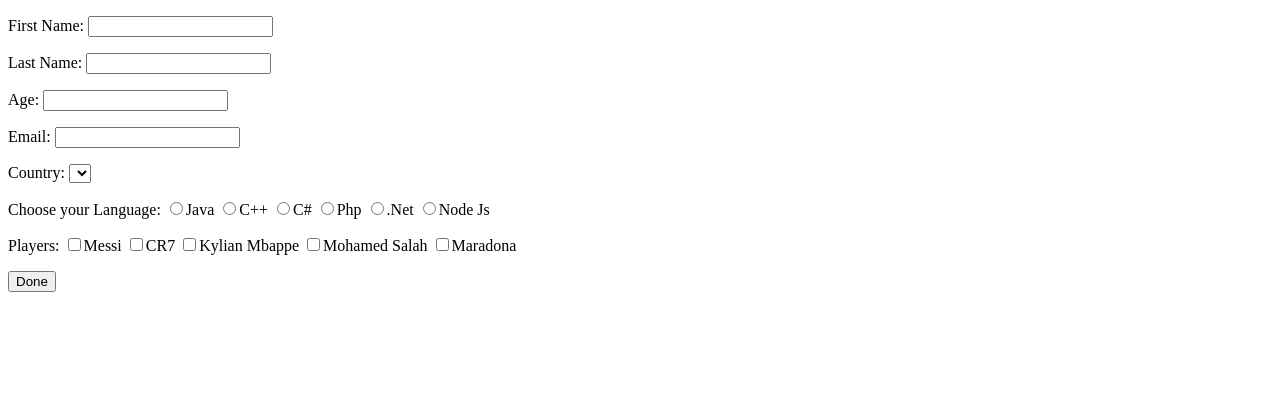
Repository: Moustafa-Ali-Khater/Spring-Data_Hibernate
Page: http://localhost/Spring_MVC/WEB-INF/view/Student-Front-MVC-Tags/student-account.jsp
An editor plug-in stored every save of this project. The page is shown before and after the next save, followed by the edit.
The browser window is 1280 px wide. The pictures show the whole page.
The page is served by Tomcat 9. Nobody is signed in. The template is opened directly, without the code that normally fills it, so the values that code supplies are empty.

Above is the page before, as saved 2023-08-03 15:21:26.

After the next save:
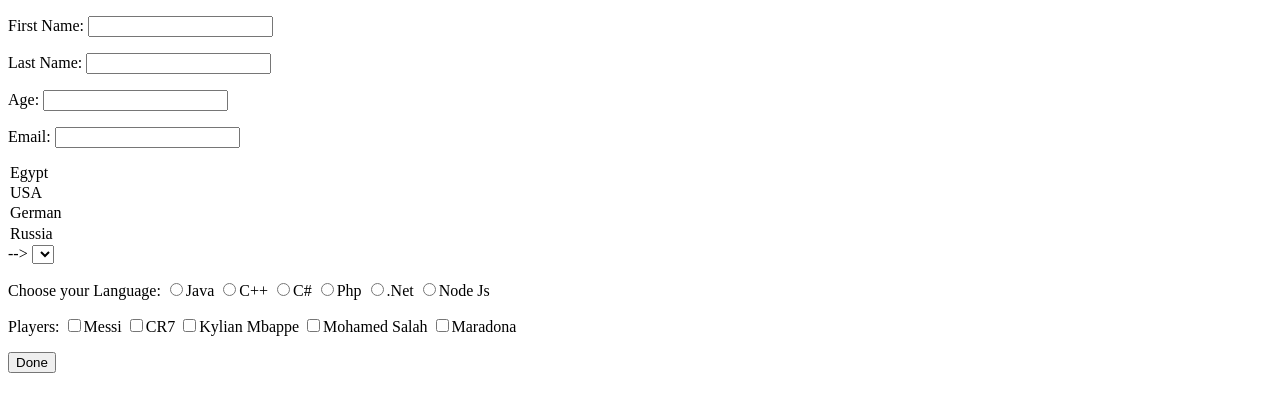
Saved 39 s later.
--- a/Spring_MVC/WebContent/WEB-INF/view/Student-Front-MVC-Tags/student-account.jsp
+++ b/Spring_MVC/WebContent/WEB-INF/view/Student-Front-MVC-Tags/student-account.jsp
@@ -23,7 +23,8 @@
 		<p>Age: <f:input path="age"/>
 		<f:errors path="age" cssClass="error"/></p>
 		<p>Email: <f:input path="email"/>
-		<f:errors path="email" cssClass="error"/></p>
+		<f:errors path="email" cssClass="error"/></p
+
 		Country:
 		<!-- <f:select path="country">
 			<f:option value="Egypt" label="Egypt"/>
